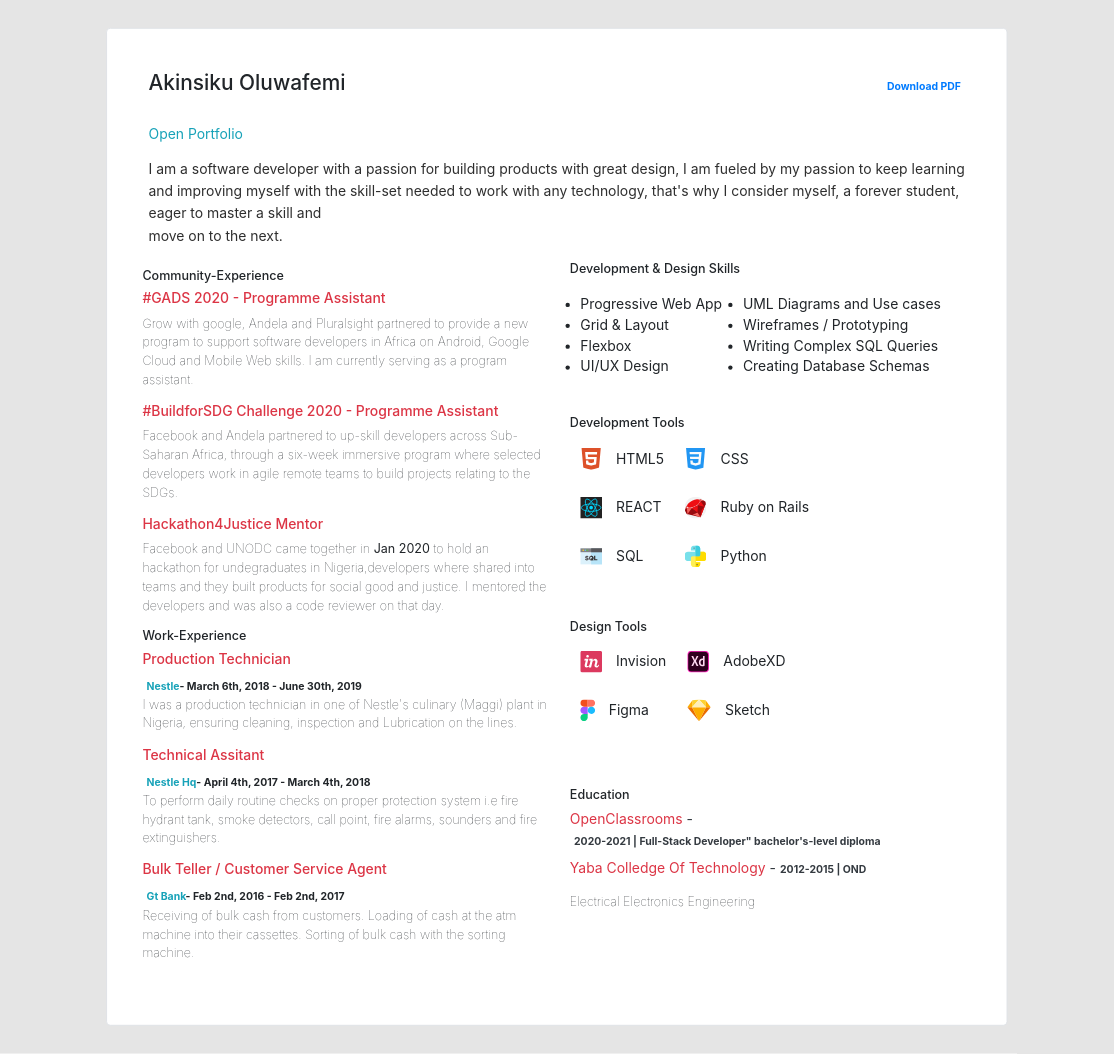
Repository: akinsikuoluwafemi/resume
Page: index.html
The author's editor kept a copy of each file at every save. The page is drawn from the files as they stood at one save, then again after the next save.
The browser window is 1280 px wide. The pictures show the whole page, at 87% of full size.
The style sheet was rebuilt from its Sass, Less or Tailwind sources for each picture, by a compiler version that may differ from the author's.

Above is the page before, as saved 2020-08-03 19:00:01.

### index.html
<!DOCTYPE html>
<html lang="en">

<head>
    <meta charset="UTF-8">
    <meta name="viewport" content="width=device-width, initial-scale=1.0">
    <meta http-equiv="X-UA-Compatible" content="ie=edge">
    <link rel="shortcut icon" type="image/png" href="./images/new-photo.png">

    <link rel="stylesheet" href="https://stackpath.bootstrapcdn.com/bootstrap/4.3.1/css/bootstrap.min.css" integrity="sha384-ggOyR0iXCbMQv3Xipma34MD+dH/1fQ784/j6cY/iJTQUOhcWr7x9JvoRxT2MZw1T"
        crossorigin="anonymous" />
    <link rel="stylesheet" href="./resume.css">

    <title>Akinsiku Oluwafemi - Software Developer</title>
</head>

<body>

   <div class="col-sm-12 col-lg-10 m-auto">
       <!--  -->
        <div class="p-c container border px-3 py-4 px-lg-5 py-lg-5 ">
            <header class="row">
                <div class="col d-flex align-items-center">
                    <h4 class="header__name mr-auto">Akinsiku Oluwafemi</h4>
                    <a href="./images/newresume.pdf" download="Femi_Akinsiku_resume.pdf" class="badge">Download PDF</a>
                </div>
            </header>
            <div class="row mt-4">
                <a href="https://femiakin.com/" target="_blank" class="col text-info">Open Portfolio</a>
            </div>

            <div class="row mt-3">
                <div class="col">
                    <p class="intro">I am a software developer with a passion for building products with great design, I am
                        fueled by my passion to keep learning and improving myself with the skill-set needed to work with
                        any
                        technology,
                        that's why I consider myself, a forever student, eager to master a skill and <br /> move on to the
                        next. </p>
                </div>
            </div>


            <div class="row">

                <div class="col col-lg-6 p-2  ">
                    <div>
                        <h5 class="item__header">Community-Experience</h5>

                        <h6 class="item__job text-danger">#GADS 2020 - Programme Assistant </h6>
                        <p class="item__description">Grow with google, Andela and Pluralsight partnered to provide a new
                            program to support
                            software developers in Africa on Android, Google Cloud and Mobile Web skills. I am currently
                            serving as a
                            program assistant.</p>

                    </div>

                    <div>



                        <h6 class="item__job text-danger">#BuildforSDG Challenge 2020 - Programme Assistant </h6>


                        <p class="item__description">Facebook and Andela partnered to up-skill developers across
                            Sub-Saharan
                            Africa,
                            through a six-week immersive program where selected developers work in agile remote
                            teams to build projects relating to the SDGs.
                        </p>

                    </div>

                    <div>
                        <h6 class="item__job text-danger">Hackathon4Justice Mentor</h6>
                        <p class="item__description">Facebook and UNODC came together in <strong>Jan 2020</strong> to hold
                            an
                            hackathon for
                            undegraduates in Nigeria,developers where shared into teams and they built products for social
                            good
                            and justice. I mentored the developers and was
                            also a code reviewer on that day.
                        </p>
                    </div>


                    <!-- here -->
                    <div>
                        <h5 class="item__header">Work-Experience</h5>
                        <h6 class="item__job text-danger">Production Technician</h6>
                        <span class="badge"><span class="text-info">Nestle</span>- March 6th, 2018 - June 30th, 2019 </span>
                        <p class="item__description">I was a production technician in one of Nestle's culinary (Maggi)
                            plant in
                            Nigeria,
                            ensuring cleaning, inspection and Lubrication on the lines.</p>

                    </div>
                    <div>
                        <h6 class="item__job text-danger">Technical Assitant</h6>
                        <span class="badge"><span class="text-info">Nestle Hq</span>- April 4th, 2017 - March 4th, 2018</span>
                        <p class="item__description">To perform daily routine checks on proper protection system i.e fire
                            hydrant tank,
                            smoke detectors, call point, fire
                            alarms, sounders and fire extinguishers.
                        </p>

                    </div>
                    <div>
                        <h6 class="item__job text-danger">Bulk Teller / Customer Service Agent</h6>
                        <span class="badge"><span class="text-info">Gt Bank</span>- Feb 2nd, 2016 - Feb 2nd, 2017 </span>
                        <p class="item__description">Receiving of bulk cash from customers.
                            Loading of cash at the atm machine into their cassettes.
                            Sorting of bulk cash with the sorting machine.</p>

                    </div>
                    <!-- here2 -->


                </div>
                <div class="col col-lg-6 ">

                    <div>
                        <h5 class="item__header ">Development & Design Skills</h5>
                        <div class="d-flex ">
                            <ul class="list__item">
                                <li>Progressive Web App</li>
                                <li>Grid & Layout</li>
                                <li>Flexbox</li>
                                <li>UI/UX Design</li>


                            </ul>
                            <ul class="list__item">
                                <li>UML Diagrams and Use cases</li>
                                <li>Wireframes / Prototyping</li>
                                <li>Writing Complex SQL Queries</li>
                                <li>Creating Database Schemas</li>



                            </ul>
                        </div>


                    </div>

                    <div class="item__container">
                        <h5 class="item__header">Development Tools</h5>
                        <div class="d-flex ">
                            <ul class="list__item">
                                <div class="d-flex  mb-3">
                                    <img src="./images/html5.svg" />
                                    <p class="ml-3">HTML5</p>
                                </div>
                                <div class="d-flex  mb-3">
                                    <img src="./images/react-1.svg" />
                                    <p class="ml-3">REACT</p>
                                </div>
                                <div class="d-flex ">
                                    <img src="./images/sql.svg" />
                                    <p class="ml-3">SQL</p>
                                </div>

                            </ul>
                            <ul class="list__item ">
                                <div class="d-flex  mb-3">
                                    <img src="./images/css-3.svg" />
                                    <p class="ml-3">CSS</p>
                                </div>
                                <div class="d-flex  mb-3">
                                    <img src="./images/ruby.svg" />
                                    <p class="ml-3">Ruby on Rails</p>
                                </div>
                                <div class="d-flex ">
                                    <img src="./images/python.svg" />
                                    <p class="ml-3">Python</p>
                                </div>


                            </ul>
                        </div>


                    </div>

                    <!-- here -->

                    <div class="item__contain">
                        <h5 class="item__header">Design Tools</h5>
                        <div class="d-flex ">
                            <ul class="list__item">
                                <div class="d-flex mb-3">
                                    <img src="./images/invision.svg" />
                                    <p class="ml-3">Invision</p>
                                </div>
                                <div class="d-flex ">
                                    <img src="./images/figma-1.svg" />
                                    <p class="ml-3">Figma</p>
                                </div>

                            </ul>
                            <ul class="list__item ">
                                <div class="d-flex  mb-3 ">
                                    <img src="./images/adobe-xd-1.svg" />
                                    <p class="ml-3">AdobeXD</p>
                                </div>
                                <div class="d-flex ">
                                    <img src="./images/sketch-2.svg" />
                                    <p class="ml-3">Sketch</p>
                                </div>


                            </ul>
                        </div>


                    </div>
                    <div>
                        <h5 class="item__header">Education</h5>
                        <a href="https://www.francecompetences.fr/recherche/rncp/27099/" class="text-danger text-info">OpenClassrooms
                            <span class="text-dark">-</span><span class="badge text-dark">2020-2021 | Full-Stack Developer" bachelor's-level diploma</span></a>

                        <p class="text-danger pt-2">Yaba Colledge Of Technology <span class="text-dark">-</span><span class="badge text-dark">2012-2015
                                | OND</span></p>
                        <p class="item__description ">Electrical Electronics Engineering</p>


                    </div>



                </div>

            </div>


        </div>

        <!--  -->
   </div>










    <script src="https://code.jquery.com/jquery-3.3.1.slim.min.js" integrity="sha384-q8i/X+965DzO0rT7abK41JStQIAqVgRVzpbzo5smXKp4YfRvH+8abtTE1Pi6jizo"
        crossorigin="anonymous"></script>
    <script src="https://cdnjs.cloudflare.com/ajax/libs/popper.js/1.14.7/umd/popper.min.js" integrity="sha384-UO2eT0CpHqdSJQ6hJty5KVphtPhzWj9WO1clHTMGa3JDZwrnQq4sF86dIHNDz0W1"
        crossorigin="anonymous"></script>
    <script src="https://stackpath.bootstrapcdn.com/bootstrap/4.3.1/js/bootstrap.min.js" integrity="sha384-JjSmVgyd0p3pXB1rRibZUAYoIIy6OrQ6VrjIEaFf/nJGzIxFDsf4x0xIM+B07jRM"
        crossorigin="anonymous"></script>
</body>

</html>

### resume.scss


body {
    background-color: #E5E5E5;

    -webkit-font-smoothing: antialiased;
  -moz-osx-font-smoothing: grayscale;
}

.container {
    margin: 2rem auto;
    background-color: white;
    border-radius: .3rem;
}

.intro {
    font-size: 1rem;
    color: rgba(0,0,0,0.82);
    line-height: 1.6rem;
}


.text-info:hover{
    text-decoration: none;
}

img {
    height: 25px;
}



.item {

     &__contain {
        margin-bottom: 2rem!important;
        // background: red;
    }

    &__container {
        margin: 1rem 0!important;
    }

    &__dev {
         font-size: .9rem;
        margin-bottom: 1rem;
    }

    &__header {
        font-size: .9rem;
        margin-bottom: .5rem;
    }

    &__description {
        font-weight: 100;
        font-size: .9rem;
    }

}


.list__item {
    padding: 12px;
}

@media (max-width: 576px) {
    br {
        display: none;
    }
 }

After the next save:
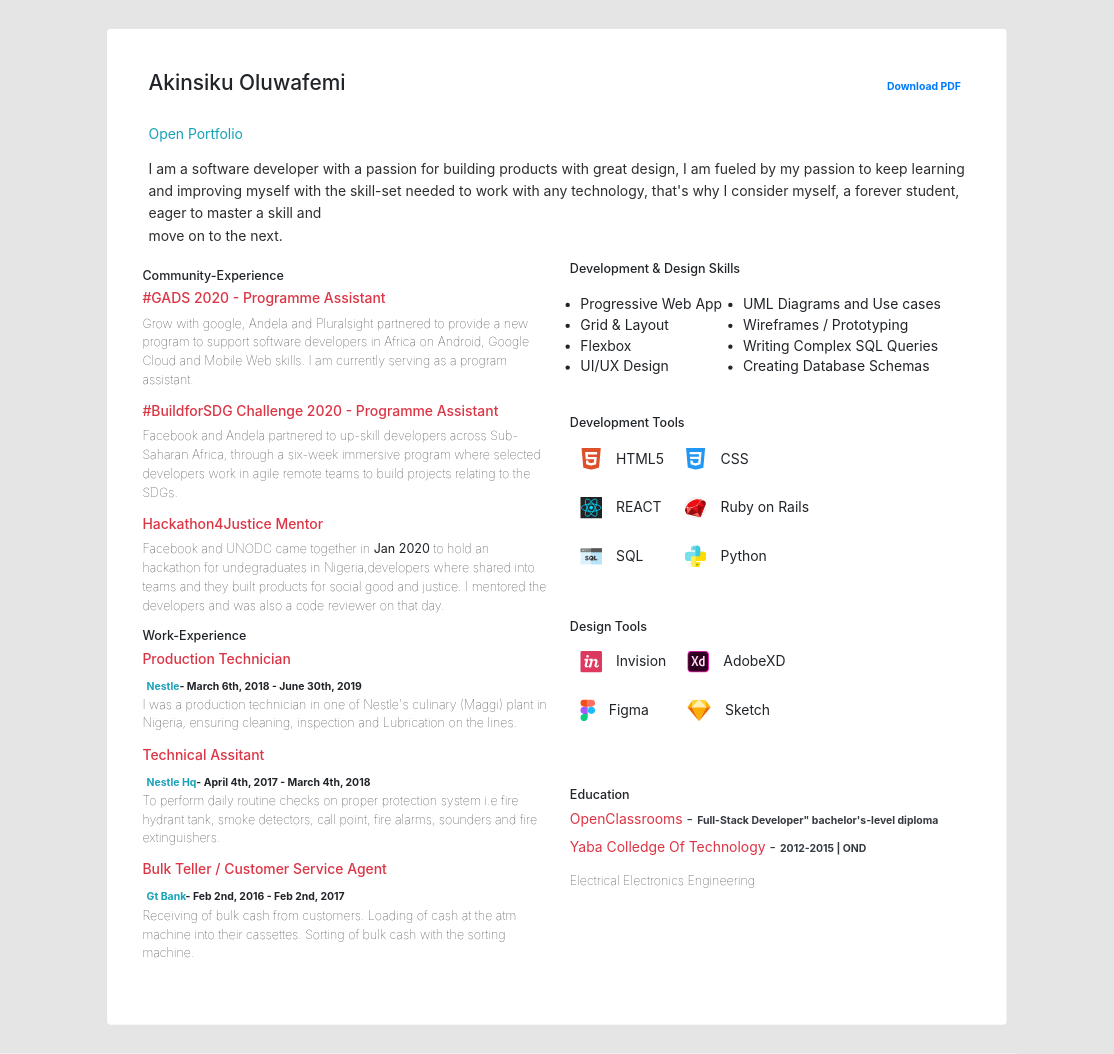
Saved 41 s later.
--- a/index.html
+++ b/index.html
@@ -219,7 +219,7 @@
                     <div>
                         <h5 class="item__header">Education</h5>
                         <a href="https://www.francecompetences.fr/recherche/rncp/27099/" class="text-danger text-info">OpenClassrooms
-                            <span class="text-dark">-</span><span class="badge text-dark">2020-2021 | Full-Stack Developer" bachelor's-level diploma</span></a>
+                            <span class="text-dark">-</span><span class="badge text-dark">Full-Stack Developer" bachelor's-level diploma</span></a>
 
                         <p class="text-danger pt-2">Yaba Colledge Of Technology <span class="text-dark">-</span><span class="badge text-dark">2012-2015
                                 | OND</span></p>
